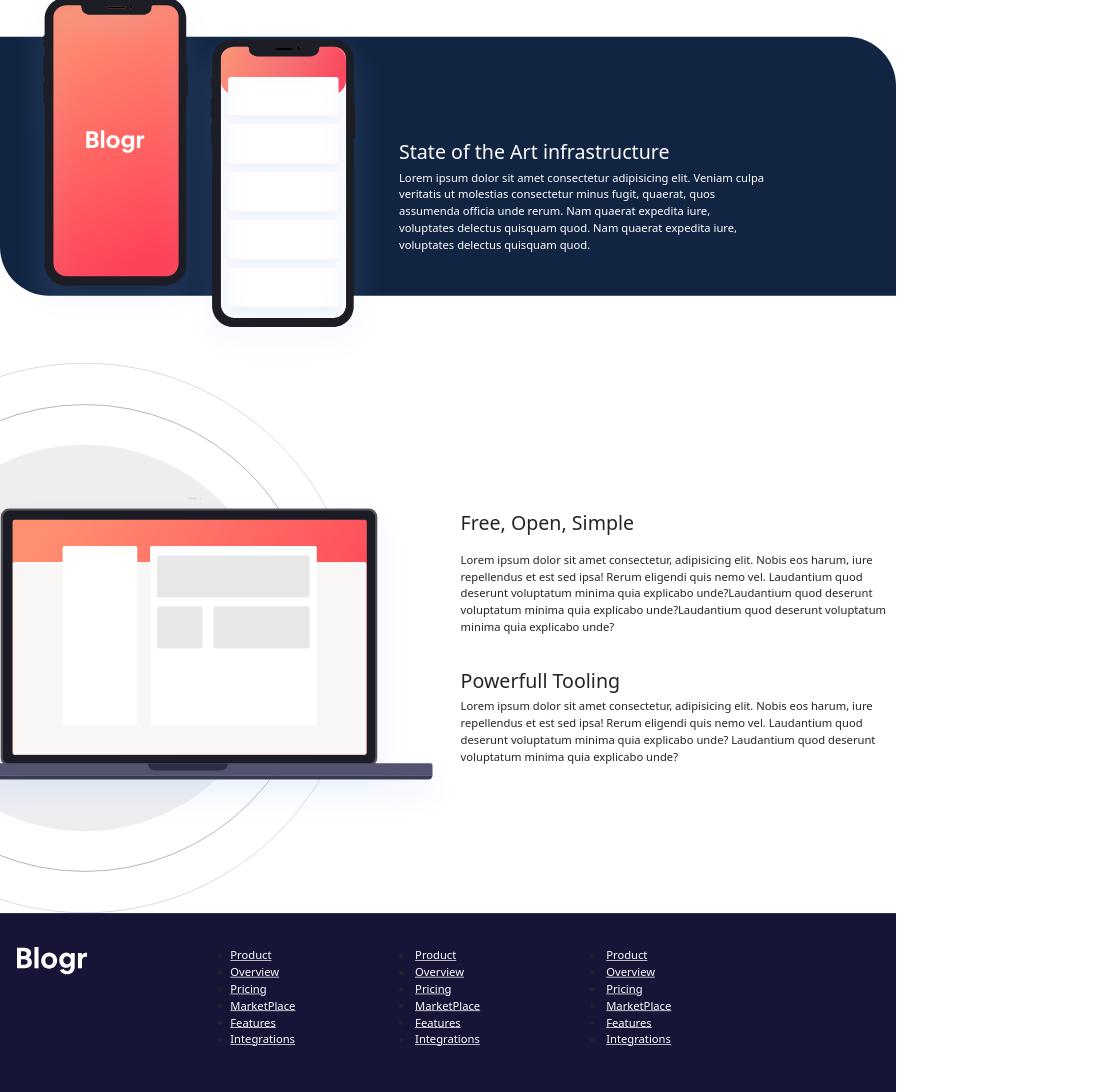
Repository: badhon252/blogr-landing-page
Page: /
An editor plug-in stored every save of this project. The page is shown before and after the next save, followed by the edit.
The browser window is 1280 px wide. The page is 1583 px wide, so the pictures cover 1583 px, including what lies to the right of the window. The pictures show the part of the page from y = 1569 to 3129 px (the page is 3129 px tall), at 70% of full size.
The project was rebuilt for these pictures with package versions that can differ from the ones it lists, and the page was loaded fresh each time.

Above is the page before, as saved 2022-01-18 22:34:52.

### public/index.html
<!DOCTYPE html>
<html lang="en">

<head>
  <meta charset="utf-8" />
  <link rel="icon" href="%PUBLIC_URL%/favicon.ico" />
  <meta name="viewport" content="width=device-width, initial-scale=1" />
  <meta name="theme-color" content="#000000" />
  <meta name="description" content="Web site created using create-react-app" />
  <link rel="apple-touch-icon" href="%PUBLIC_URL%/logo192.png" />

  <link rel="manifest" href="%PUBLIC_URL%/manifest.json" />
  <!-- Bootstrap css  -->
  <link href="https://cdn.jsdelivr.net/npm/bootstrap@5.1.3/dist/css/bootstrap.min.css" rel="stylesheet"
    integrity="sha384-1BmE4kWBq78iYhFldvKuhfTAU6auU8tT94WrHftjDbrCEXSU1oBoqyl2QvZ6jIW3" crossorigin="anonymous">


  <title>Blogr</title>
</head>

<body>
  <noscript>You need to enable JavaScript to run this app.</noscript>
  <div id="root"></div>

  <!-- Bootstrap js  -->
  <script src="https://cdn.jsdelivr.net/npm/bootstrap@5.1.3/dist/js/bootstrap.bundle.min.js"
    integrity="sha384-ka7Sk0Gln4gmtz2MlQnikT1wXgYsOg+OMhuP+IlRH9sENBO0LRn5q+8nbTov4+1p"
    crossorigin="anonymous"></script>

</body>

</html>

### src/App.js
import Maincomp from "./components/MainComp";

function App() {
  return (
    <div className="App">
      <Maincomp />
    </div>
  );
}

export default App;

### src/components/MainComp.js
import React from "react";
import Fact from "./Facility/Fact";
import Footer from "./Footer/Footer";
import Header from "./Header/Header";
import Info from "./Info/Info";
import Intro from "./Intro/Intro";

const Maincomp = () => {
  return (
    <div>
      <Header />
      <Intro />
      <Fact />
      <Info />
      <Footer />
    </div>
  );
};

export default Maincomp;

### src/components/Facility/Fact.js
import React from "react";
import phones from "../../images/illustration-phones.svg";
export default function Fact() {
  return (
    <div className=" fact">
      <div className="row container">
        <div className="col-md-6">
          <img className="w-100 fact-img" src={phones} alt="Phone images" />
        </div>
        <div className="col-md-6 py-5 fact-params">
          <h3>State of the Art infrastructure</h3>
          <p>
            Lorem ipsum dolor sit amet consectetur adipisicing elit. Veniam
            culpa veritatis ut molestias consectetur minus fugit, quaerat, quos
            assumenda officia unde rerum. Nam quaerat expedita iure, voluptates
            delectus quisquam quod. Nam quaerat expedita iure, voluptates
            delectus quisquam quod.
          </p>
        </div>
      </div>
    </div>
  );
}

### src/components/Footer/Footer.js
import logo from "../../images/logo.svg";
export default function Footer() {
  return (
    <div>
      <div className="footer">
        <div className="row py-5 container">
          <div className="col-md-3">
            <img src={logo} alt="" />
          </div>
          <div className="col-md-3">
            <ul>
              <li>
                <a href="/" className="py-3">
                  Product
                </a>
              </li>
              <li>
                <a href="/" className="">
                  Overview
                </a>
              </li>
              <li>
                <a href="/" className="">
                  Pricing
                </a>
              </li>
              <li>
                <a href="/" className="">
                  MarketPlace
                </a>
              </li>
              <li>
                <a href="/" className="">
                  Features
                </a>
              </li>
              <li>
                <a href="/" className="">
                  Integrations
                </a>
              </li>
            </ul>
          </div>
          <div className="col-md-3">
            <li>
              <a href="/" className="py-3">
                Product
              </a>
            </li>
            <li>
              <a href="/" className="">
                Overview
              </a>
            </li>
            <li>
              <a href="/" className="">
                Pricing
              </a>
            </li>
            <li>
              <a href="/" className="">
                MarketPlace
              </a>
            </li>
            <li>
              <a href="/" className="">
                Features
              </a>
            </li>
            <li>
              <a href="/" className="">
                Integrations
              </a>
            </li>
          </div>
          <div className="col-md-3">
            <li>
              <a href="/" className="py-3">
                Product
              </a>
            </li>
            <li>
              <a href="/" className="">
                Overview
              </a>
            </li>
            <li>
              <a href="/" className="">
                Pricing
              </a>
            </li>
            <li>
              <a href="/" className="">
                MarketPlace
              </a>
            </li>
            <li>
              <a href="/" className="">
                Features
              </a>
            </li>
            <li>
              <a href="/" className="">
                Integrations
              </a>
            </li>
          </div>
        </div>{" "}
      </div>
    </div>
  );
}

### src/components/Header/Header.js
import React from "react";
import Nav from "./Nav";
import "../styles/index.css";
import HeaderContent from "./HeaderContent";

export default function Header() {
  return (
    <div className="header">
      <div className="container">
        <Nav />
        <HeaderContent />
      </div>
    </div>
  );
}

### src/components/Info/Info.js
import React from "react";
import Logo from "../../images/illustration-laptop-desktop.svg";
import "../styles/index.css";

export default function Info() {
  return (
    <div className="container-fluid">
      <div className="row ms-auto pt-5 mt-5">
        <div className="col-md-6">
          <img
            className=" info-img"
            src={Logo}
            alt="This is MobileLogo svg img"
          ></img>
        </div>
        <div className="col-md-6 info-param">
          <div className=" py-3">
            <h3 className="py-3">Free, Open, Simple</h3>
            <p>
              Lorem ipsum dolor sit amet consectetur, adipisicing elit. Nobis
              eos harum, iure repellendus et est sed ipsa! Rerum eligendi quis
              nemo vel. Laudantium quod deserunt voluptatum minima quia
              explicabo unde?Laudantium quod deserunt voluptatum minima quia
              explicabo unde?Laudantium quod deserunt voluptatum minima quia
              explicabo unde?
            </p>
          </div>
          <div className="py-3">
            <h3>Powerfull Tooling</h3>
            <p>
              Lorem ipsum dolor sit amet consectetur, adipisicing elit. Nobis
              eos harum, iure repellendus et est sed ipsa! Rerum eligendi quis
              nemo vel. Laudantium quod deserunt voluptatum minima quia
              explicabo unde? Laudantium quod deserunt voluptatum minima quia
              explicabo unde?
            </p>
          </div>
        </div>
      </div>
    </div>
  );
}

### src/components/Intro/Intro.js
import React from "react";
import MobileLogo from "../../images/illustration-editor-desktop.svg";
import "../styles/index.css";

export default function Intro() {
  return (
    <div className="container-fluid">
      <div className="row ms-auto pt-5 mt-5">
        <h1 className="intro-h1 py-5">Design for the future</h1>
        <div className="col-md-1"></div>
        <div className="col-md-5">
          <div className=" py-5">
            <h3 className="py-3">Introducing an extensible editor</h3>
            <p>
              Lorem ipsum dolor sit amet consectetur, adipisicing elit. Nobis
              eos harum, iure repellendus et est sed ipsa! Rerum eligendi quis
              nemo vel. Laudantium quod deserunt voluptatum minima quia
              explicabo unde?Laudantium quod deserunt voluptatum minima quia
              explicabo unde?Laudantium quod deserunt voluptatum minima quia
              explicabo unde?
            </p>
          </div>
          <div className="py-5">
            <h3>Robust content management</h3>
            <p>
              Lorem ipsum dolor sit amet consectetur, adipisicing elit. Nobis
              eos harum, iure repellendus et est sed ipsa! Rerum eligendi quis
              nemo vel. Laudantium quod deserunt voluptatum minima quia
              explicabo unde? Laudantium quod deserunt voluptatum minima quia
              explicabo unde?
            </p>
          </div>
        </div>
        <div className="col-md-6 intro-img">
          <img src={MobileLogo} alt="This is MobileLogo svg img"></img>
          <div></div>
        </div>
      </div>
    </div>
  );
}

### src/components/Header/Nav.js
import React from "react";
import "../styles/index.css";
const Nav = () => {
  return (
    <div>
      <nav className="navbar navbar-expand-lg navbar-dark py-5">
        <div className="container-fluid">
          <a className="navbar-brand" href="/">
            <h1>Blogr</h1>
          </a>
          <button
            className="navbar-toggler"
            type="button"
            data-bs-toggle="collapse"
            data-bs-target="#navbarSupportedContent"
            aria-controls="navbarSupportedContent"
            aria-expanded="false"
            aria-label="Toggle navigation"
          >
            <span className="navbar-toggler-icon"></span>
          </button>
          <div className="collapse navbar-collapse" id="navbarSupportedContent">
            <ul className="navbar-nav mb-2 mb-lg-0">
              <li className="nav-item dropdown px-4">
                <a
                  className="nav-link dropdown-toggle"
                  href="/"
                  id="navbarDropdown"
                  role="button"
                  data-bs-toggle="dropdown"
                  aria-expanded="false"
                >
                  Product
                </a>
                <ul className="dropdown-menu" aria-labelledby="navbarDropdown">
                  <li>
                    <a className="dropdown-item" href="/">
                      Action
                    </a>
                  </li>
                  <li>
                    <a className="dropdown-item" href="/">
                      Another action
                    </a>
                  </li>
                  <li>
                    <hr className="dropdown-divider" />
                  </li>
                  <li>
                    <a className="dropdown-item" href="/">
                      Something else here
                    </a>
                  </li>
                </ul>
              </li>{" "}
              <li className="nav-item dropdown px-4">
                <a
                  className="nav-link dropdown-toggle"
                  href="/"
                  id="navbarDropdown"
                  role="button"
                  data-bs-toggle="dropdown"
                  aria-expanded="false"
                >
                  Company
                </a>
                <ul className="dropdown-menu" aria-labelledby="navbarDropdown">
                  <li>
                    <a className="dropdown-item" href="/">
                      Action
                    </a>
                  </li>
                  <li>
                    <a className="dropdown-item" href="/">
                      Another action
                    </a>
                  </li>
                  <li>
                    <hr className="dropdown-divider" />
                  </li>
                  <li>
                    <a className="dropdown-item" href="/">
                      Something else here
                    </a>
                  </li>
                </ul>
              </li>{" "}
              <li className="nav-item dropdown px-4">
                <a
                  className="nav-link dropdown-toggle"
                  href="/"
                  id="navbarDropdown"
                  role="button"
                  data-bs-toggle="dropdown"
                  aria-expanded="false"
                >
                  Connect
                </a>
                <ul className="dropdown-menu" aria-labelledby="navbarDropdown">
                  <li>
                    <a className="dropdown-item" href="/">
                      Action
                    </a>
                  </li>
                  <li>
                    <a className="dropdown-item" href="/">
                      Another action
                    </a>
                  </li>
                  <li>
                    <hr className="dropdown-divider" />
                  </li>
                  <li>
                    <a className="dropdown-item" href="/">
                      Something else here
                    </a>
                  </li>
                </ul>
              </li>
            </ul>
            {/* login & sign-up */}
            <ul className="navbar-nav ms-auto">
              <li className="nav-login">
                <a className="nav-link" href="/">
                  <button type="button" class="btn">
                    Login
                  </button>
                </a>
              </li>{" "}
              <li className="nav-signup">
                <a className="nav-link" href="/">
                  <button type="button" class="btn btn-light">
                    Sign Up
                  </button>
                </a>
              </li>
            </ul>
          </div>
        </div>
      </nav>
    </div>
  );
};

export default Nav;

### src/components/styles/index.css
.header {
  background-color: rgb(255, 70, 70);
  color: rgb(255, 255, 255);
  /* clip-path: circle(73.8% at 63% 38%); */
}
/* .header-nav {
  color: #fff;

} */
/* .singup,
.login {
  color: aliceblue;
} */

.header-param {
  text-align: center;
}
.header-param h1 {
  font-size: 60px;
}
.header-param p {
  font-size: 1.2rem;
}
/* .header-param .h-btn {
  -webkit-border-radius: 28;
  -moz-border-radius: 28;
  border-radius: 28px;
  font-family: Arial;
  color: #000000;
  font-size: 20px;
  background: #f5f5f5;
  padding: 10px 20px 10px 20px;
  text-decoration: none;
} */

/* Intro ======= */
.intro-h1 {
  text-align: center;
}
.intro-img {
  /* max-width: 100%; */
  margin-top: -180px;
}

/* facility ========== */
.fact {
  margin-top: 80px;
  background-color: rgb(17, 37, 67);
  color: white;
  height: 370px;
  border-radius: 0px 70px 0px 70px;
}
.fact-params {
  margin: auto 0;
}
.fact-img {
  margin-top: -75px;
}

/* info =========== */
.info-img {
  margin-left: -295px;
  min-width: 100%;
}
.info-param {
  margin: auto 0;
}

/* footer ======= */

.footer {
  background-color: rgb(22, 21, 55);
}

.footer li a {
  color: white;
  list-style-type: none;
}

### src/components/Header/HeaderContent.js
import React from "react";
import "../styles/index.css";
export default function HeaderContent() {
  return (
    <div>
      <div className="py-5 header-param">
        <h1 className="">A modern publishing platform</h1>
        <p className="header-p py-3 ">
          Grow your audience and build your online brand
        </p>
        {/* btn  */}
        <div className="px-5 py-5">
          <button type="button" class="btn btn-lg btn-light me-3 my-3">
            Start for free
          </button>
          <button type="button" class="btn btn-lg btn-outline-dark">
            Learn more
          </button>
        </div>
      </div>
    </div>
  );
}

Loaded but not shown: src/index.js (common file); src/reportWebVitals.js (common file)

After the next save:
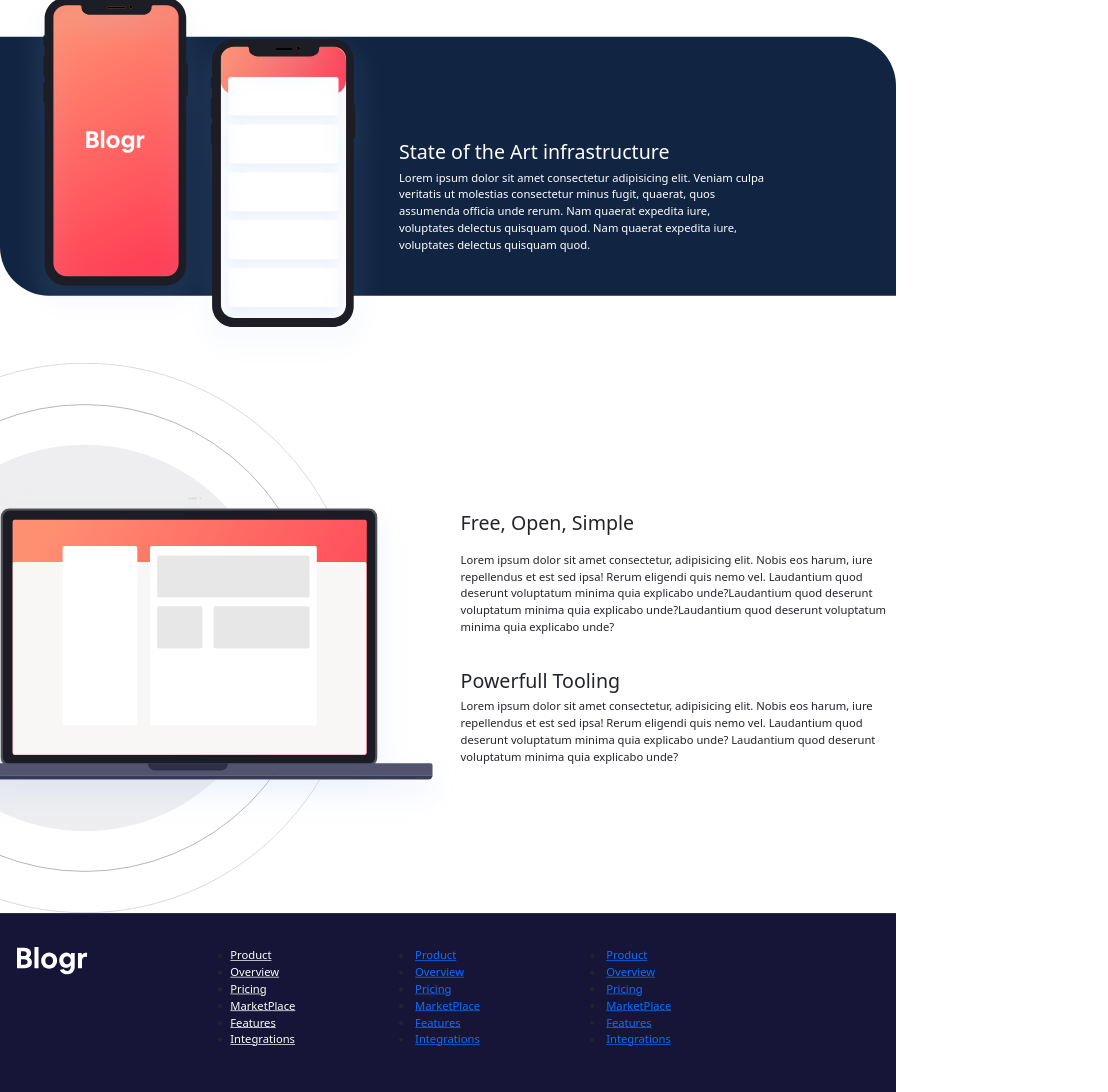
Saved 5 s later.
--- a/src/components/styles/index.css
+++ b/src/components/styles/index.css
@@ -72,7 +72,7 @@
   background-color: rgb(22, 21, 55);
 }
 
-.footer li a {
+.footer ul li a {
   color: white;
   list-style-type: none;
 }

After the save that followed:
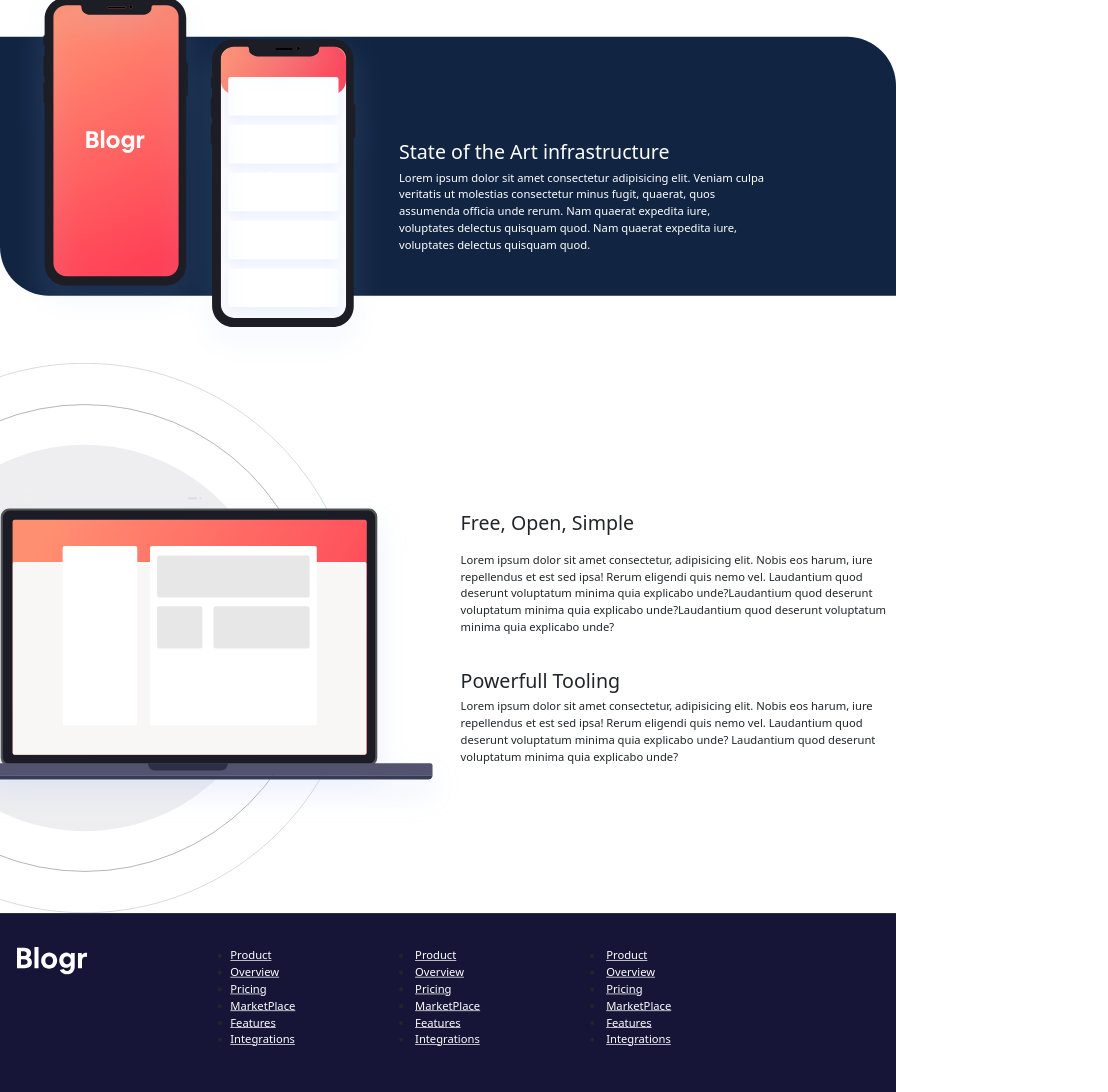
Saved 11 s later.
--- a/src/components/styles/index.css
+++ b/src/components/styles/index.css
@@ -72,7 +72,7 @@
   background-color: rgb(22, 21, 55);
 }
 
-.footer ul li a {
+.footer li a {
   color: white;
   list-style-type: none;
 }
